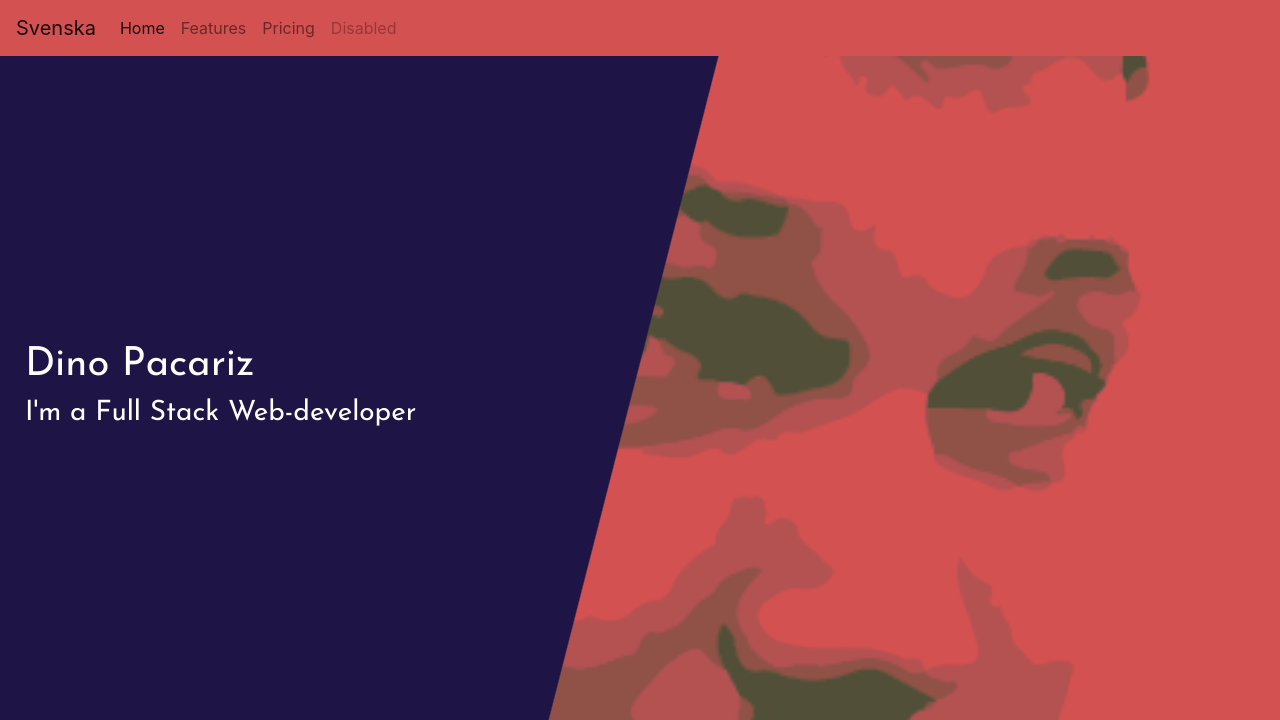
Repository: ImDino/Portfolio
Page: index.html
An editor plug-in stored every save of this project. The page is shown before and after a run of saves, followed by the edit.
The browser window is 1280 px wide. The pictures show the whole page.
Some web libraries are served in a nearby version. The style sheet was rebuilt from its Sass, Less or Tailwind sources for each picture, by a compiler version that may differ from the author's.

Above is the page before, as saved 2020-11-04 12:47:18.

### index.html
<!DOCTYPE html>
<html lang="en">
<head>
    <meta charset="UTF-8">
    <meta name="viewport" content="width=device-width, initial-scale=1.0">
    <link rel="stylesheet" href="https://cdn.jsdelivr.net/npm/bootstrap@4.5.3/dist/css/bootstrap.min.css" integrity="sha384-TX8t27EcRE3e/ihU7zmQxVncDAy5uIKz4rEkgIXeMed4M0jlfIDPvg6uqKI2xXr2" crossorigin="anonymous">
    <link href="https://fonts.googleapis.com/css2?family=Josefin+Sans&display=swap" rel="stylesheet">

    <script src="https://code.jquery.com/jquery-3.5.1.slim.min.js" integrity="sha384-DfXdz2htPH0lsSSs5nCTpuj/zy4C+OGpamoFVy38MVBnE+IbbVYUew+OrCXaRkfj" crossorigin="anonymous"></script>
    <script src="https://cdn.jsdelivr.net/npm/bootstrap@4.5.3/dist/js/bootstrap.bundle.min.js" integrity="sha384-ho+j7jyWK8fNQe+A12Hb8AhRq26LrZ/JpcUGGOn+Y7RsweNrtN/tE3MoK7ZeZDyx" crossorigin="anonymous"></script>
    <script src="https://cdnjs.cloudflare.com/ajax/libs/gsap/3.5.1/gsap.min.js"></script>
    <script src="/js/main.js"></script>


    <link rel="stylesheet" href="css/main.css">
    <title>Dino's Portfolio</title>
</head>
<body>
    <div id='pseudo-div'></div>
    <nav class="navbar navbar-expand-lg navbar-light bg-light">
        <!-- <a class="navbar-brand" href="#">Navbar</a> -->
        <a class="navbar-brand" id='lang' href="#">Svenska</a>
        <button class="navbar-toggler" type="button" data-toggle="collapse" data-target="#navbarNav" aria-controls="navbarNav" aria-expanded="false" aria-label="Toggle navigation">
          <span class="navbar-toggler-icon"></span>
        </button>
        <div class="collapse navbar-collapse" id="navbarNav">
          <ul class="navbar-nav">
            <li class="nav-item active">
              <a class="nav-link" href="#">Home <span class="sr-only">(current)</span></a>
            </li>
            <li class="nav-item">
              <a class="nav-link" href="#">Features</a>
            </li>
            <li class="nav-item">
              <a class="nav-link" href="#">Pricing</a>
            </li>
            <li class="nav-item">
              <a class="nav-link disabled" href="#" tabindex="-1" aria-disabled="true">Disabled</a>
            </li>
          </ul>
        </div>
    </nav>
    <div id='purple-div'>
        <h1>Dino Pacariz</h1>
        <h3>I'm a Full Stack Web-developer</h3>
    </div>
    <div id='face'>
    </div>
</body>
</html>

### js/main.js
document.addEventListener('DOMContentLoaded', () => {
    gsap.from("#purple-div", {duration: 1, x: -1000});
    gsap.from("#face", {duration: 1, opacity: 0});
    gsap.from("#face", {clearProps: 'all', duration: 1, x:100});
    TweenLite.from('#face', {y:20, ease:Linear.easeNone});





    // localStorage.clear()

    /*:::::::START:::::::::
    ::: Refresh Counter :::
    :::::::::::::::::::::*/

    if(localStorage.getItem('refreshCount') == null) {
        localStorage.setItem('refreshCount', 1);
    } else {
        let  localRefreshCount = localStorage.getItem('refreshCount')
        localRefreshCount++;
        localStorage.setItem('refreshCount', localRefreshCount);
    }
    if (parseInt(localStorage.getItem('refreshCount')) > 10) {
        localStorage.setItem('refreshCount', 1);
    }
    console.log('RefreshCount: '+localStorage.getItem('refreshCount'))


    /*::::::::END::::::::::
    ::: Refresh Counter :::
    :::::::::::::::::::::*/
})

### scss/main.scss


body {
    background-color: #D45151;
    color: white;
}

#pseudo-div {
    width: 100%;
    background-color: red;
}

.navbar {
    background-color: #D45151 !important;
    color: white;
}

#purple-div {
    padding-top: 60px;
    position: absolute;
    top: 0;
    bottom: 0;
    left: 0;
    right: 0;
    z-index: -1;
    background: linear-gradient(104.35deg, #1E1446 50%, rgba(255, 255, 255, 0) 50.1%);
    display: grid;
    place-content: center left;

    h1, h3 {
        margin-left: 25px;
        font-family: 'Josefin Sans', sans-serif;

    }
}

#face {
    position: fixed;
    top: 0;
    bottom: 0;
    left: 0;
    right: 0;

    background: url('/img/vectorFace.png') no-repeat;
    background-color: #D45151;
    z-index: -2;
    background-blend-mode: darken;
    background-size: 100%;
    background-position: right;
}



/* //TODO
1. Darkmode, ställa in särskilda färger IFALL man är i darkmode? UX baby.

*/

After the next 2 saves:
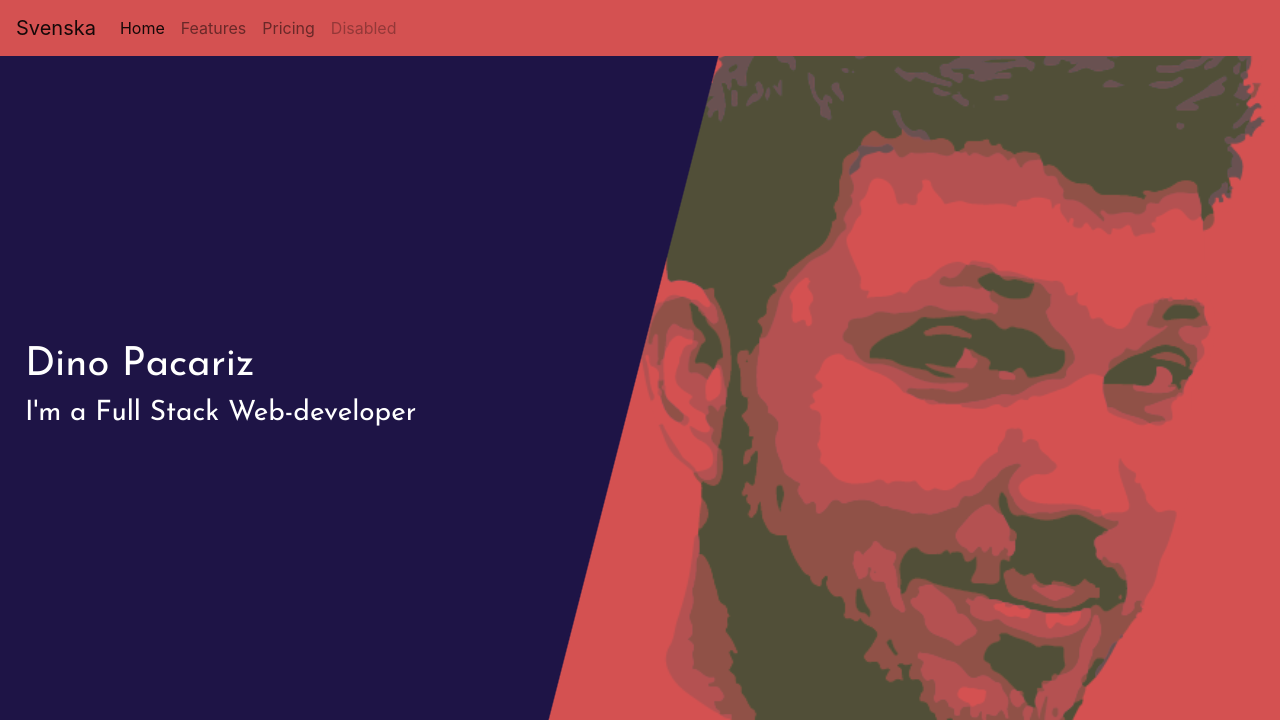
The 2 saves are shown as one change because they came seconds apart.
The last was saved 32 s later.
--- a/scss/main.scss
+++ b/scss/main.scss
@@ -45,7 +45,7 @@ body {
     background-color: #D45151;
     z-index: -2;
     background-blend-mode: darken;
-    background-size: 100%;
+    background-size: 50%;
     background-position: right;
 }
 
